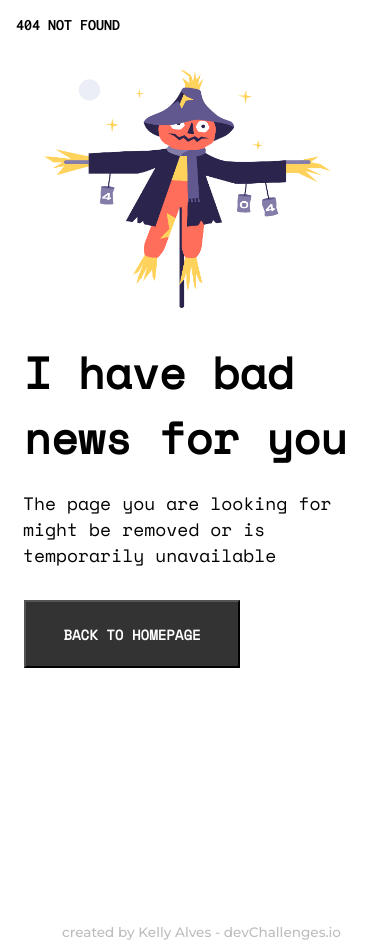
Repository: kellyalves87/404_not_found
Page: index.html
The author's editor kept a copy of each file at every save. The page is drawn from the files as they stood at one save, then again after the next save.
The browser window is 375 px wide. The pictures show the whole page.

Above is the page before, as saved 2021-05-16 16:45:19.

After the next save:
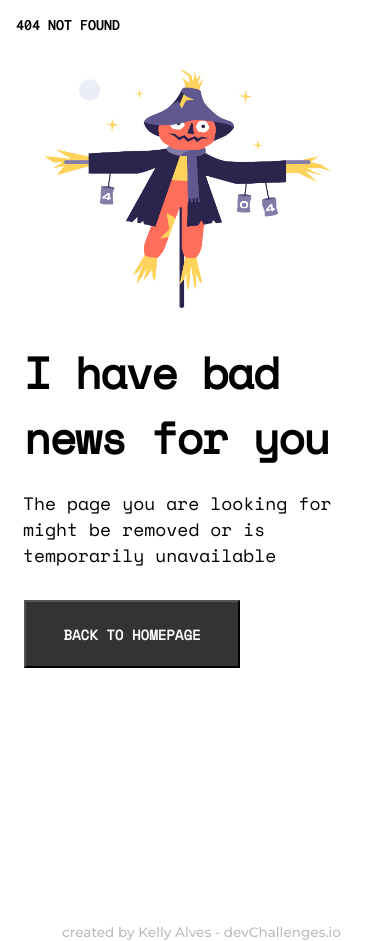
Saved 86 s later.
--- a/style/index.css
+++ b/style/index.css
@@ -122,6 +122,7 @@ button {
 
   .content h1 {
     font-size: 2.75rem;
+    letter-spacing: -0.035em;
     position: absolute;
     width: 350px;
     height: 142px;
